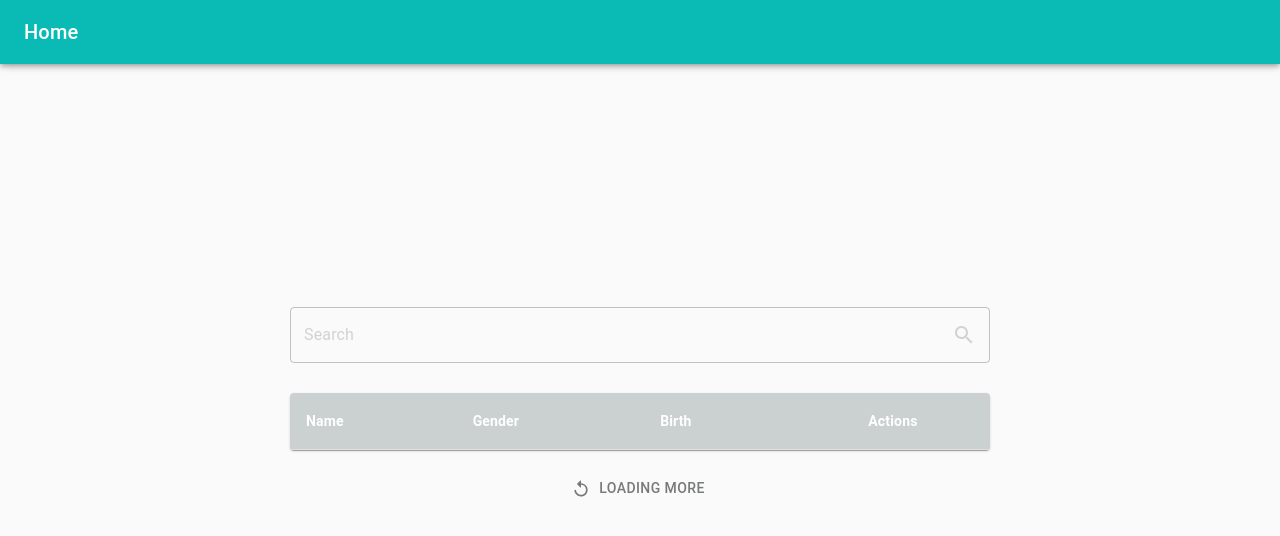
Repository: GabrielBrandaoProjetos/patient-manager
Page: /
These files come from the project's save history. The page is drawn as it stood at one moment and after the next save; the edit follows.
The browser window is 1280 px wide. The pictures show the whole page.
The page's requests for data from a server got no answer. The project was rebuilt for these pictures with package versions that can differ from the ones it lists, and the page was loaded fresh each time. No one was signed in, and anything a server would have sent is missing. Also part of the build but not shown: src/components/Modal/PatientModal.style.ts, src/components/Modal/PatientModal.tsx.

Above is the page before, as saved 2021-09-17 01:31:10.

### public/index.html
<!DOCTYPE html>
<html lang="en">
  <head>
    <meta charset="utf-8" />
    <meta name="viewport" content="minimum-scale=1, width=device-width, initial-scale=1" />
    <meta name="theme-color" content="#000000" />

    <title>React App</title>
  </head>
  <body>
    <noscript>You need to enable JavaScript to run this app.</noscript>
    <div id="root"></div>
  </body>
</html>

### src/App.tsx
import React from 'react';
import { CssBaseline } from '@material-ui/core';
import { Home } from './pages/Home/Home';
import { TableProvider } from './contexts/TableContext';


function App() {
  return (
    <>
    <TableProvider>
      <CssBaseline />
      <Home />
    </TableProvider>
    </>
  );
}

export default App;

### src/pages/Home/Home.tsx
import React, { useRef } from 'react';
import { AppBar, Button, FormControl, InputAdornment, InputLabel, OutlinedInput, Paper, Table, TableBody, TableCell, TableContainer, TableHead, TableRow, Toolbar, Typography } from '@material-ui/core';
import {Search, ReplayRounded} from '@material-ui/icons';
import { useTableContext } from '../../contexts/TableContext';
import PatientModal, { ModalHandles} from '../../components/Modal/PatientModal';
import {BrowserRouter as Router, Route, Switch, Link} from "react-router-dom"

import { useStyles } from './Home.style';


interface Patient {
  id:{
    value: string;
  }
  login:{
    uuid: string;
  }
  name: {
    title: string;
    first: string;
    last: string;
  }
  gender: string;
  dob: {
    age: number;
  }
}

export const Home = () => {
  const classes = useStyles();

  const {patients, resultSearch, loadingMore, filterByString, handlePatientDetails} = useTableContext()
  const modalRef = useRef<ModalHandles>(null)

  function handleChange(value: string) {
    filterByString(value.trim())
  }

  function handleOpenModal(patient: Object) {
    handlePatientDetails(patient)
    modalRef.current?.openModal()
  }

  return(
    <Router>
    <div className={classes.root}>
      {/* <PatientModal ref={modalRef}/> */}
      <AppBar className={classes.header}>
        <Toolbar>
          <Typography variant="h6" className={classes.title}>
            Home
          </Typography>
        </Toolbar>
      </AppBar>

      <FormControl className={classes.form} variant="outlined">
        <InputLabel className={classes.inputLabel} htmlFor="outlined-adornment-search">Search</InputLabel>
        <OutlinedInput
          classes={{root: classes.outlinedInput}}
          id="outlined-adornment-search"
          type="search"
          onChange={(e) => handleChange(e.target.value)}
          endAdornment={
            <InputAdornment position="end">
              <Search className={classes.search}/>
            </InputAdornment>
          }
          labelWidth={70}
        />
      </FormControl>

      <TableContainer component={Paper} className={classes.tableContainer}>
        <Table aria-label="simple table">
          <TableHead>
            <TableRow className={classes.row}>
              <TableCell className={classes.cellHeader}>Name</TableCell>
              <TableCell className={classes.cellHeader}>Gender</TableCell>
              <TableCell className={classes.cellHeader}>Birth</TableCell>
              <TableCell align="center" className={classes.cellHeader}>Actions</TableCell>
            </TableRow>
          </TableHead>
          <TableBody>
            {resultSearch.length > 0 ? (
              resultSearch.map((patient: Patient) => (
                <TableRow key={patient.login.uuid} className={classes.rowBody}>
                  <TableCell component="th" className={classes.cellBody}>
                    {patient.name.title}. {patient.name.first} {patient.name.last}
                  </TableCell>
                  <TableCell className={classes.cellBody}>{patient.gender}</TableCell>
                  <TableCell className={classes.cellBody}>{patient.dob.age}</TableCell>
                  <TableCell align="center" className={classes.actions}>
                    <Button
                      variant="contained"
                      disableElevation
                      className={classes.buttonShow}
                      onClick={handleOpenModal}
                    >
                      show
                    </Button>
                  </TableCell>
                </TableRow>
              ))
            ) : (
              patients.map((patient: Patient) => (
                <TableRow key={patient.login.uuid} className={classes.rowBody}>
                  <TableCell component="th" className={classes.cellBody}>
                    {patient.name.title}. {patient.name.first} {patient.name.last}
                  </TableCell>
                  <TableCell className={classes.cellBody}>{patient.gender}</TableCell>
                  <TableCell className={classes.cellBody}>{patient.dob.age}</TableCell>
                  <TableCell align="center" className={classes.actions}>
                    <Link to={patient?.id?.value} className={classes.link}>
                      <Button
                        variant="contained"
                        disableElevation
                        className={classes.buttonShow}
                        onClick={() => handleOpenModal(patient)}
                      >
                        show
                      </Button>
                    </Link>
                  </TableCell>
                </TableRow>
              ))
            )}
          </TableBody>
        </Table>
      </TableContainer>

      <Button
        className={classes.buttonLoading}
        startIcon={<ReplayRounded/>}
        onClick={loadingMore}
      >
        Loading more
      </Button>
      <Switch>
        <Route path="/:id">
          <PatientModal ref={modalRef}/>
        </Route>
      </Switch>
    </div>
    </Router>
  )
}

### src/contexts/TableContext.tsx
import { createContext, useContext, useEffect, useState } from "react";
import { searchPatients } from "../services/api";

interface TableContextData{
	patients: any[]
  patientDetails: any
  resultSearch: any[]
  loadingMore: () => void
  filterByString: (value: string) => void
  handlePatientDetails: (patient: Object) => void
  getPatientByID: (id: string) => void
}

const TableContext = createContext<TableContextData>({} as TableContextData)

export const TableProvider: React.FC = ({children}) => {
  const [patients, setPatients] = useState<any[]>([])
  const [patientDetails, setPatientDetails] = useState<any>(null)
  const [resultSearch, setResultSearch] = useState<any[]>([])
  const [page, setPage] = useState(0)

  useEffect(() => {
    handleSearchPatients()
  }, [page])

  async function handleSearchPatients() {
    const {results, info} = await searchPatients(page)
    setPatients(results)
    setPage(info.page)
  }

  async function loadingMore() {
    const {results, info} = await searchPatients(page+1)
    setPatients([...patients, ...results])
    setPage(info.page)
  }

  function filterByString(value: string) {
    const newList = patients.filter((patient) => {
      const name = patient.name.first
      if(name.includes(value, 0)){
        return true
      }else{
        return false
      }
    })
    setResultSearch(newList)
  }

  function handlePatientDetails(patient: Object) {
    setPatientDetails(patient)
  }

  async function getPatientByID(id: string){
    patients.forEach((patient) => {
      if(patient.id.value === id){
        setPatientDetails(patient)
      }
    })
  }

  return (
    <TableContext.Provider value={{
      patients,
      patientDetails,
      resultSearch,
      loadingMore,
      filterByString,
      handlePatientDetails,
      getPatientByID
    }}>
      {children}
    </TableContext.Provider>
  )
}

export function useTableContext(){
	const context = useContext(TableContext)
	return context
}

### src/pages/Home/Home.style.ts
import { createStyles, makeStyles, Theme } from '@material-ui/core/styles';


export const useStyles = makeStyles((theme: Theme) =>
createStyles({
  root: {
    width: '100vw',
    height: '100vh',
    display: 'flex',
    flexDirection: 'column',
    alignItems: 'center',
    justifyContent: 'center',
    padding: "0 16px"
  },
  header: {
    backgroundColor: "#0abab5"
  },
  title: {
    flexGrow: 1,
  },
  form: {
    maxWidth: 700,
    width: "100%",
    marginTop: 94,
  },
  inputLabel: {
    color: "#d2d2d2"
  },
  outlinedInput: {

  },
  search: {
    color: "#d2d2d2",
  },
  tableContainer: {
    maxWidth: 700,
    width: "100%",

    marginTop: 30,
    marginBottom: 20,
    backgroundColor: "#fafafa",
  },
  row: {
    color: "black",
    background: "#cbd0d0",
  },
  rowBody: {
    '&:nth-of-type(odd)': {
      backgroundColor: "#f2f2f2",
    }
  },
  cellHeader: {
    color: "white",
    fontWeight: "bold",
  },
  cellBody: {
    color: "black",
  },
  actions: {
    padding: 0
  },
  link:{
    textDecoration: "none"
  },
  buttonShow: {
    padding: "4px 16px",
    textTransform: "none",
    background: "#0abab5",
    color: "white",
  },
  buttonLoading: {
    color: "#78797a",
  },
}),
);

### src/services/api.ts
import axios from 'axios';

const api = axios.create({
    baseURL: 'https://randomuser.me/api/',
})


export async function searchPatients(page: number){
  const response = await api.get(`?seed=test&results=50&page=${page}`)
  return response.data
}

Loaded but not shown: src/index.tsx (common file); src/reportWebVitals.ts (common file)

After the next save:
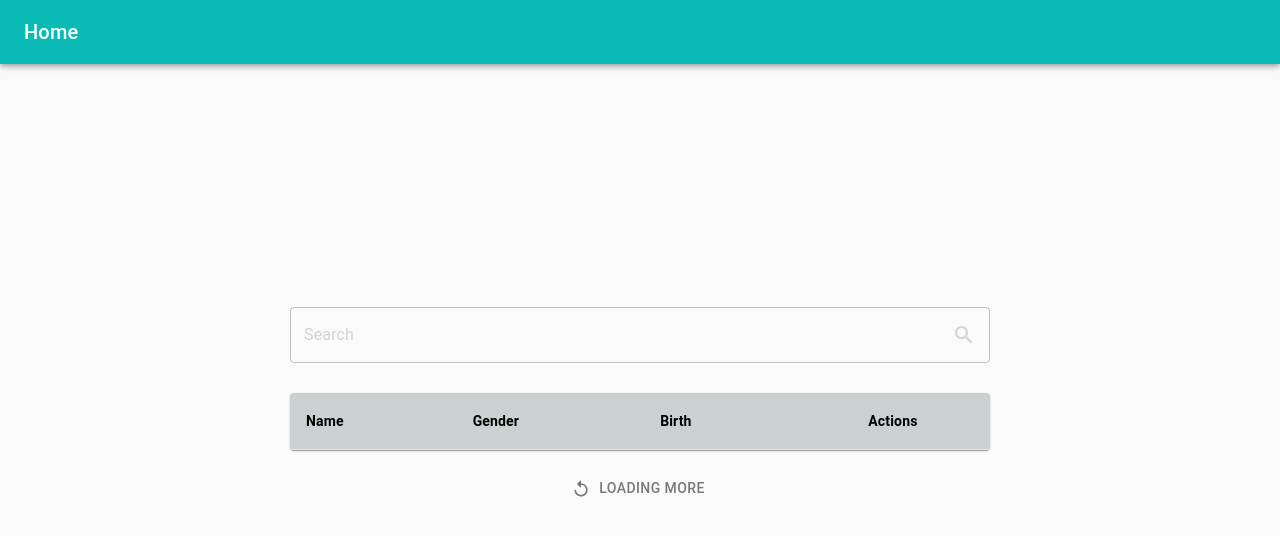
Saved 20 s later.
--- a/src/pages/Home/Home.style.ts
+++ b/src/pages/Home/Home.style.ts
@@ -50,7 +50,7 @@ createStyles({
     }
   },
   cellHeader: {
-    color: "white",
+    color: "black",
     fontWeight: "bold",
   },
   cellBody: {
